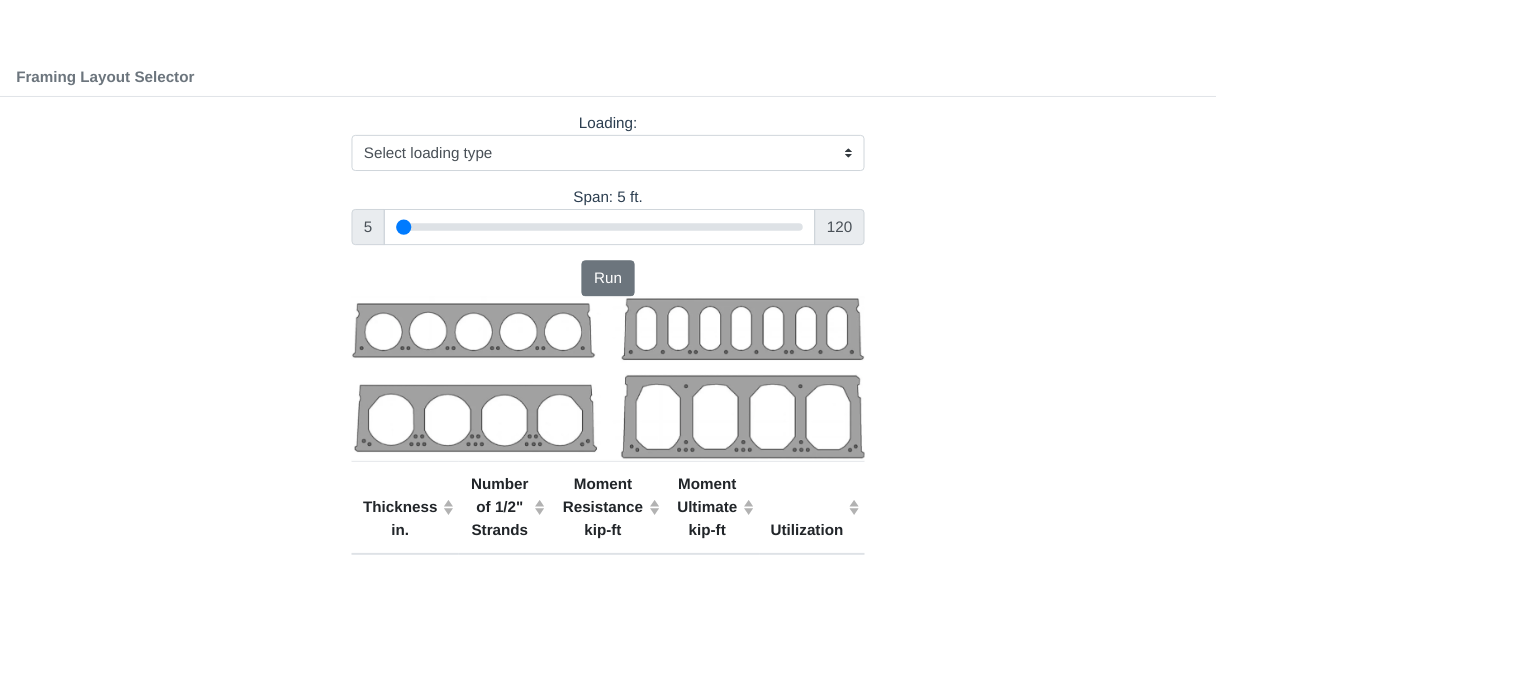
Repository: kanwarjohal/framingconceptclient
Page: /
These files come from the project's save history. The page is drawn as it stood at one moment and after the next save; the edit follows.
The browser window is 1280 px wide. The page is 1280 px wide, then 1611 px, so the pictures cover 1611 px, including what lies to the right of the window. The pictures show the whole page, at 95% of full size.
The page's requests for data from a server got no answer. The project was rebuilt for these pictures with package versions that can differ from the ones it lists, and the page was loaded fresh each time. No one was signed in, and anything a server would have sent is missing.

Above is the page before, as saved 2020-04-10 17:17:17.

After the next save:
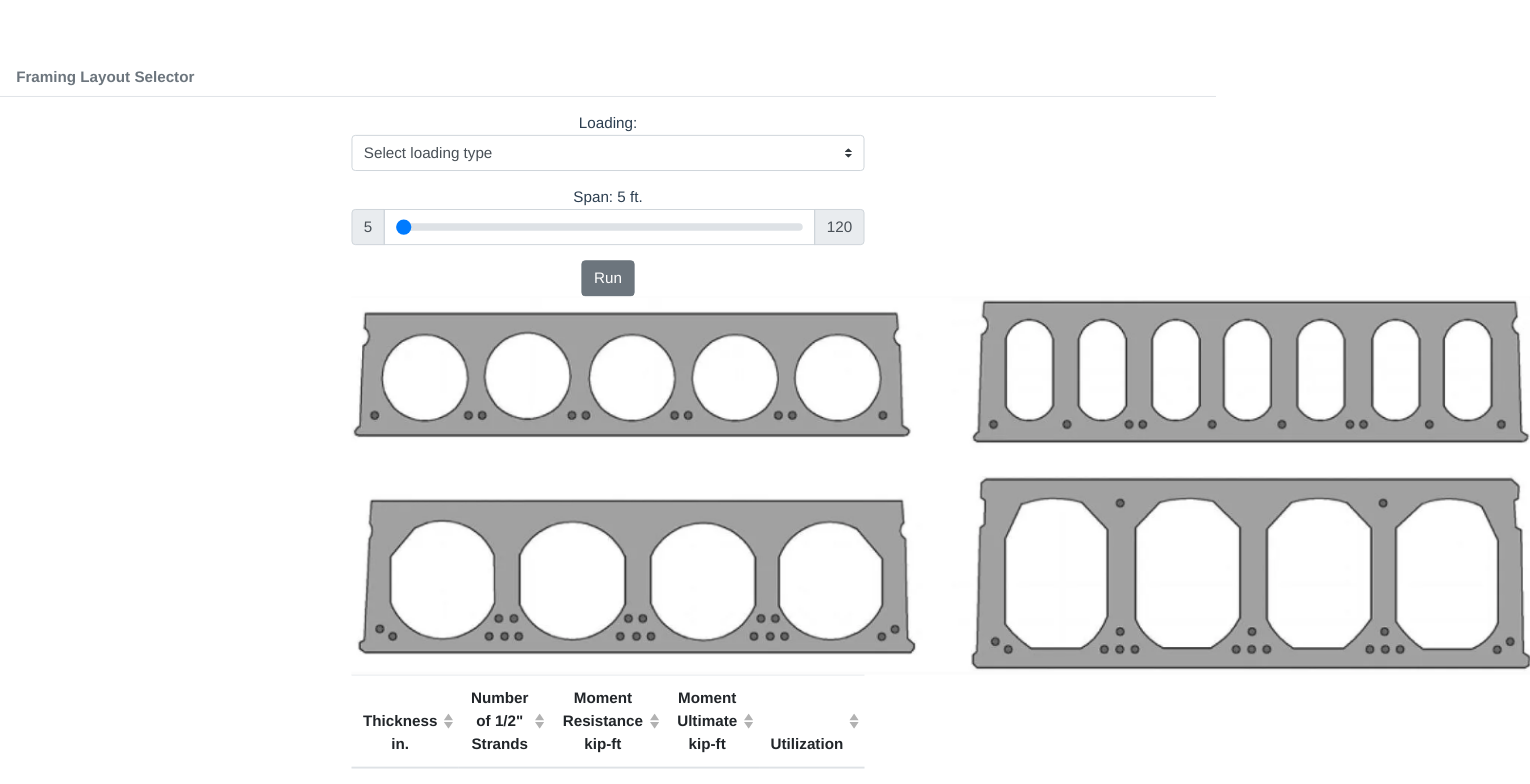
Saved 10 s later.
--- a/src/components/LoadingType.vue
+++ b/src/components/LoadingType.vue
@@ -29,7 +29,7 @@
         <b-button v-on:click="postPost">Run</b-button>
     </div>
     <div>
-        <b-img src="/hollowcoresections.png" fluid alt="Responsive image"></b-img>
+        <b-img src="/hollowcoresections.png"></b-img>
     </div>
     <div>
     <b-table striped hover :items="hollowcoreitems" :fields="fields"></b-table>
